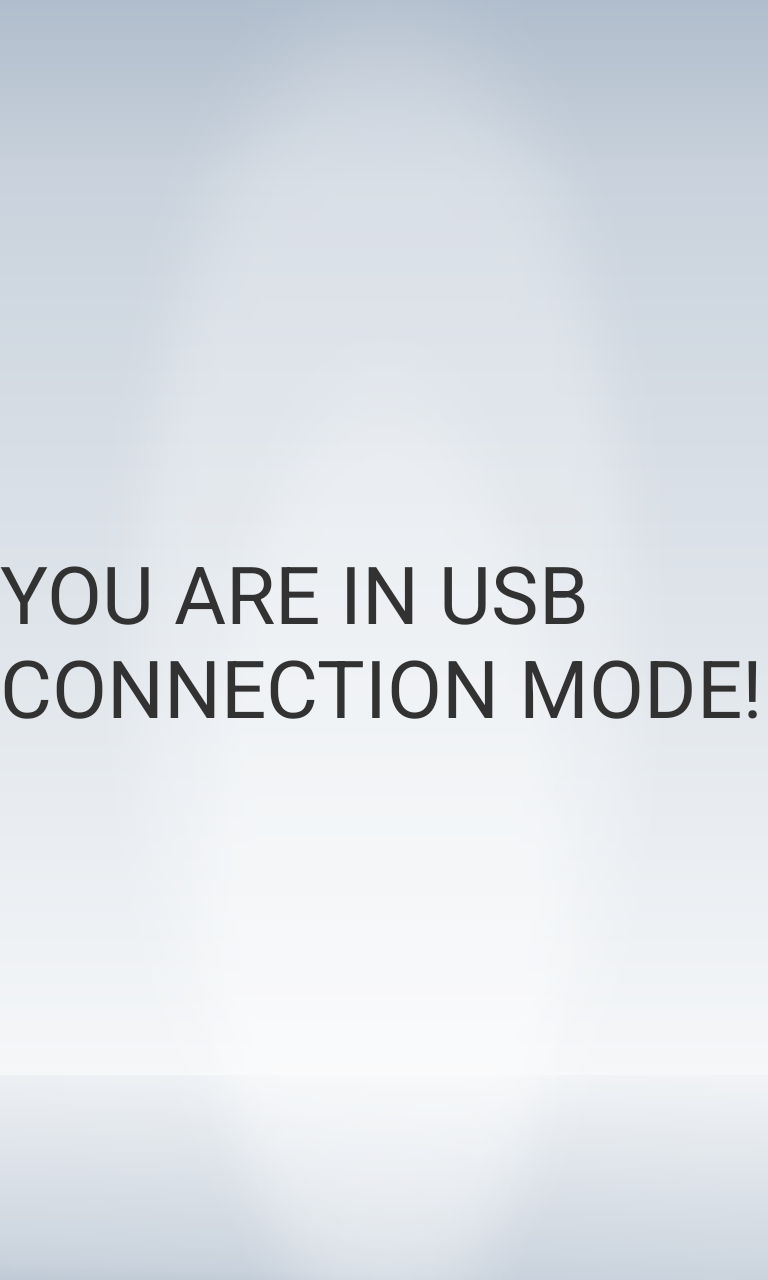
Repository: neha01mittal/AndroidGameController
Layout: AndroidTCPComm/AndroidGameController/GameControllerDataTransfer/res/layout/activity_usb.xml
An editor plug-in stored every save of this project. The layout is shown before and after the next save, followed by the edit.
It is drawn on a 768 x 1280 px phone screen (xhdpi) without system bars, with theme AppTheme; the app's code is not run.

Above is the layout before, as saved 2013-12-12 09:42:53.

After the next save:
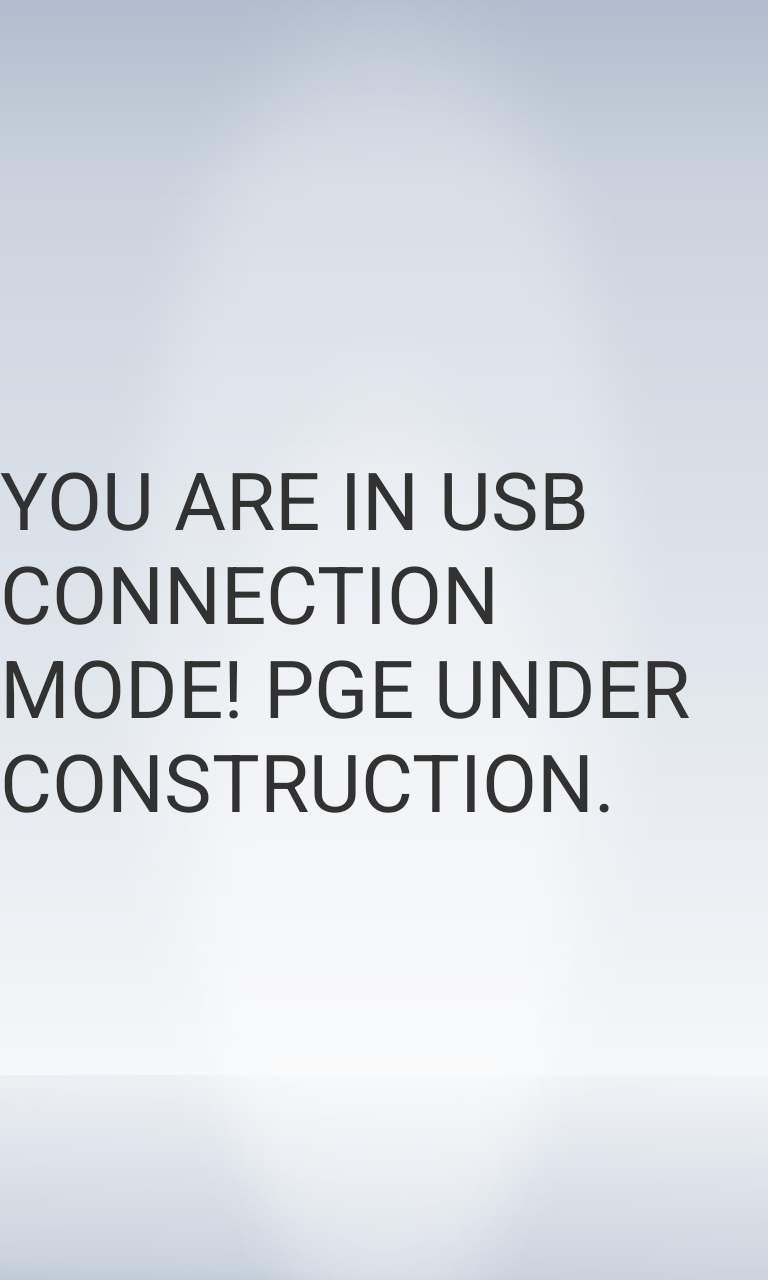
Saved 9 s later.
--- a/AndroidTCPComm/AndroidGameController/GameControllerDataTransfer/res/layout/activity_usb.xml
+++ b/AndroidTCPComm/AndroidGameController/GameControllerDataTransfer/res/layout/activity_usb.xml
@@ -10,6 +10,6 @@
             android:layout_width="wrap_content"
             android:layout_height="wrap_content"
             android:layout_gravity="center"
-            android:text="YOU ARE IN USB CONNECTION MODE!"
+            android:text="YOU ARE IN USB CONNECTION MODE! PGE UNDER CONSTRUCTION."
             android:textSize="40sp" />
 </LinearLayout>
